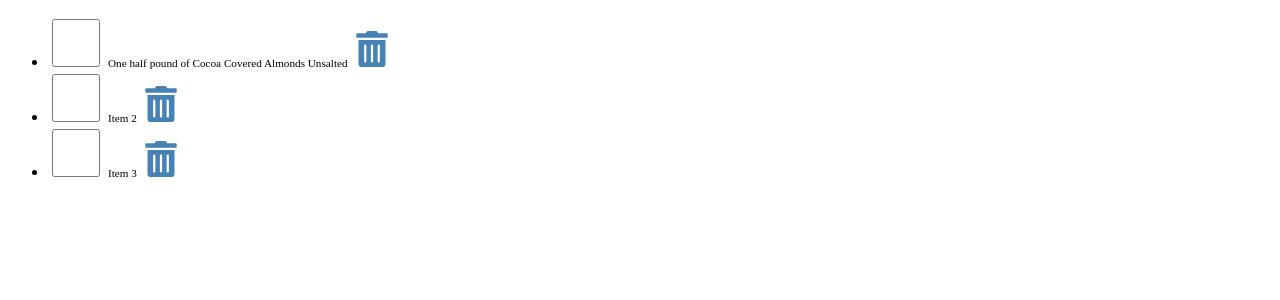
Repository: akinmiday/react-series
Page: /
An editor plug-in stored every save of this project. The page is shown before and after the next save, followed by the edit.
The browser window is 1280 px wide. The pictures show the whole page.
The project was rebuilt for these pictures with package versions that can differ from the ones it lists, and the page was loaded fresh each time. Also part of the build but not shown: vite.config.js, src/index.css.

Above is the page before, as saved 2023-08-21 18:04:49.

After the next save:
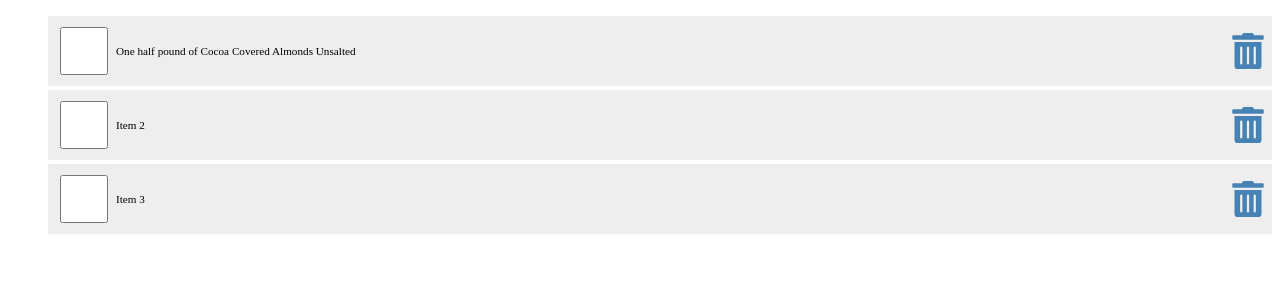
Saved 100 s later.
--- a/src/App.css
+++ b/src/App.css
@@ -1,3 +1,12 @@
+.item{
+    display: flex;
+    justify-content: flex-start;
+    align-items: center;
+    padding: 0.5rem 0 0.5rem 0.5rem;
+    margin: 0.25rem 0;
+    background-color: #eee;
+}
+
 .item input[type="checkbox"] {
     text-align: center;
     width: 2.5rem;
